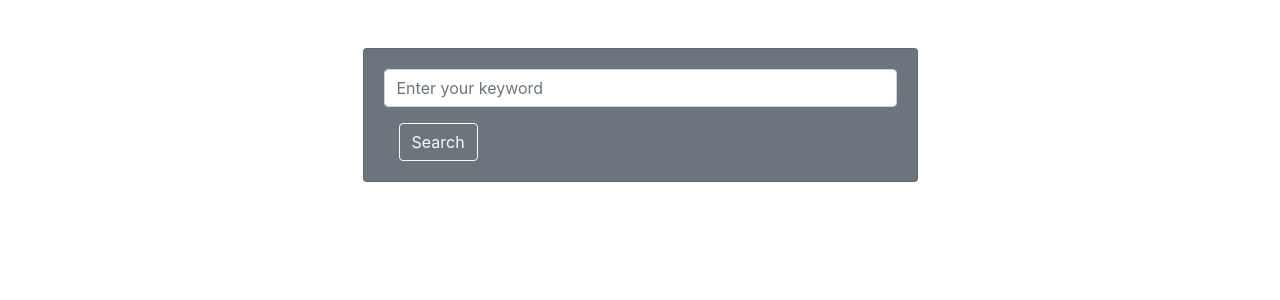
Repository: GovindParve/spring_mvc_maven_search_project
Page: http://localhost/springmvcsearch/home
These files come from the project's save history. The page is drawn as it stood at one moment and after the next save; the edit follows.
The browser window is 1280 px wide. The pictures show the whole page.
Some web libraries are served in a nearby version. The page is served by Tomcat 9.

Above is the page before, as saved 2023-06-17 18:24:08.

After the next save:
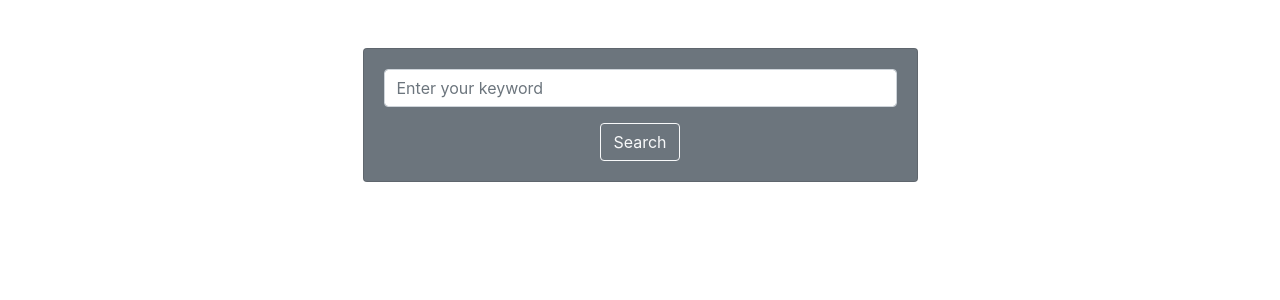
Saved 7 s later.
--- a/springmvcsearch/src/main/webapp/WEB-INF/views/home.jsp
+++ b/springmvcsearch/src/main/webapp/WEB-INF/views/home.jsp
@@ -18,7 +18,7 @@
     				<div class="form-group">
     					<input type="text" name="querybox" placeholder="Enter your keyword" class="form-control" >
     				</div>
-    				<div class="container">
+    				<div class="container text-center">
     					<button class="btn btn-outline-light">Search</button>
     				</div>
     			</form>
